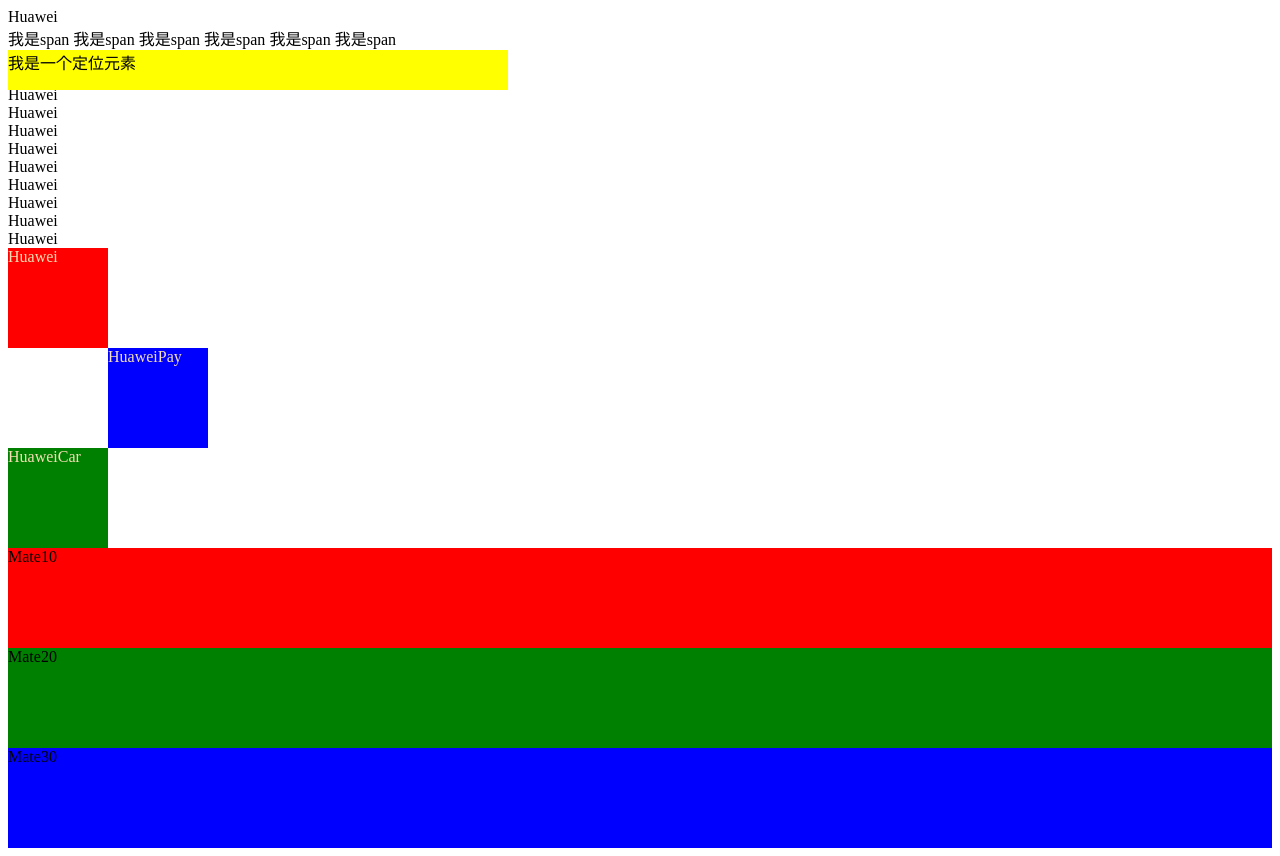
Repository: nanvon/front-end_byhuawei
Page: CSS层级.html
An editor plug-in stored every save of this project. The page is shown before and after a run of saves, followed by the edit.
The browser window is 1280 px wide. The pictures show the whole page.

Above is the page before, as saved 2020-12-10 20:40:53.

After the next 3 saves:
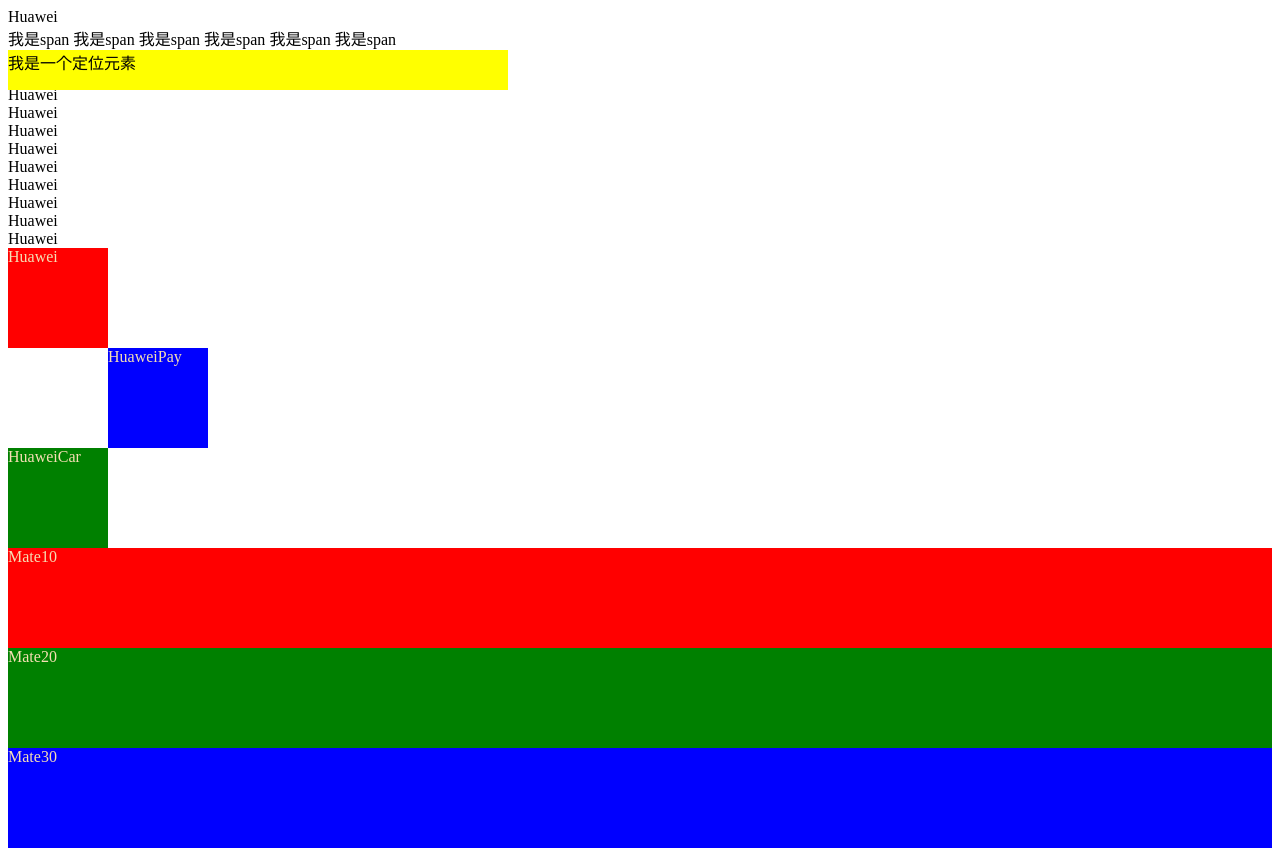
The 3 saves are shown as one change because they came seconds apart.
The last was saved 16 s later.
--- a/CSS层级.html
+++ b/CSS层级.html
@@ -37,16 +37,19 @@
         }
 
         .p1 {
+            color: wheat;
             height: 100px;
             background: red;
         }
 
         .p2 {
+            color: wheat;
             height: 100px;
             background: green;
         }
 
         .p3 {
+            color: wheat;
             height: 100px;
             background: blue;
         }
